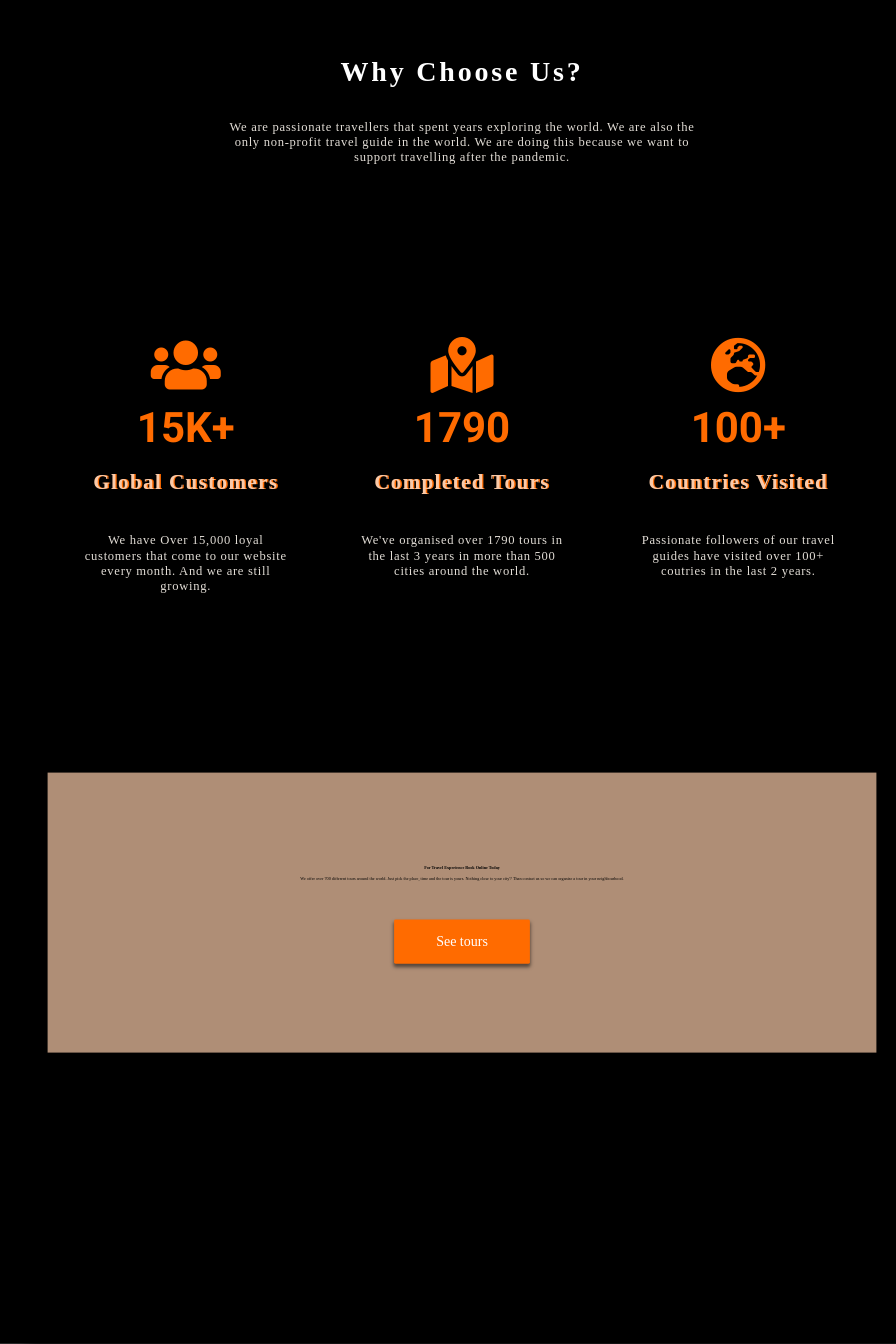
Repository: Hunga9k50doker/wildver-travel
Page: src/index.html
These files come from the project's save history. The page is drawn as it stood at one moment and after a run of saves; the edit follows.
The browser window is 1280 px wide. The pictures show the part of the page from y = 4554 to 6474 px (the page is 6474 px tall before and 6464 px after), at 70% of full size.
Some web fonts or font styles are not loaded; a fallback is used. The style sheet was rebuilt from its Sass, Less or Tailwind sources for each picture, by a compiler version that may differ from the author's.

Above is the page before, as saved 2021-08-27 21:35:41.

### src/index.html
<!DOCTYPE html>
<html lang="en">
<head>
    <meta charset="UTF-8">
    <meta http-equiv="X-UA-Compatible" content="IE=edge">
    <meta name="viewport" content="width=device-width, initial-scale=1.0">
    <link href="https://fonts.googleapis.com/css2?family=Hina+Mincho&family=Roboto:wght@400;700&display=swap" rel="stylesheet">
    <link rel="stylesheet" href="public/css/normalize.min.css">
    <link rel="stylesheet" href="public/css/grid.css">
    <link rel="stylesheet" href="public/css/base.css">
    <link rel="stylesheet" href="public/css/header.css">
    <link rel="stylesheet" href="public/css/container.css">
    <link rel="stylesheet" href="public/vendor/fontawesome-free-5.15.3-web/css/all.min.css">
    <title>Document</title>
</head>
<body>
    <div class="app">
        <section class="header">
            <section class="header_nav">
                <h1 class="header_nav-home">WildVers</h1>
                <div class="header_nav-body">
                    <a href="/" class="header_nav-body-item">Equipment</a>
                    <a href="/" class="header_nav-body-item">About us</a>
                    <a href="/" class="header_nav-body-item">Blog</a>
                    <button class="header_nav-body-res">Sign Up</button>
                </div>
            </section>
            <section class="header_contain">
                <div class="header_contain-follow">
                    <p>Follow us</p>
                   <a href="/">
                       <i class="fab fa-instagram"></i>
                   </a>
                   <a href="/">
                       <i class="fab fa-twitter-square"></i>
                   </a>
                </div>
                <div class="header_contain-content">
                    <h3 class="header_contain-content-title">A travel guide</h3>
                    <h2>Prepare For The</h2>
                    <h2> Adventure!</h2>
                    <button class="btn">Let's Go</button>
                </div>
            </section>
        </section>
        <section class="container">
            <section class="grid wide">
                <ul class="container_list">

                    <li class="container_list-item">
                        <section class="row ">
                            <section  class="col l-7">
                                <div class="container_list-item-number">01</div>
                                <div class="container_list-item-content">
                                        <h3>Get started</h3>
                                        <h4 class="container_list-item-content-title" >What type of traveller are you?</h4>
                                        <p>Determining what type of traveller you are can be an important tool
                                            when planning future vacations. This guide will help you plan
                                            vacations according to different ratings set by various websites. What
                                            type of traveller are you - novice, moderate, advanced moderate,
                                            expert, or expert backpacker?
                                        </p>
                                        <a href="/">
                                            Read more
                                            <i class="fas fa-long-arrow-alt-right"></i>
                                        </a>
                                </div>
                            </section>
                            <section class="col l-5">
                                <div class="container_list-item-img">
                                    <picture >
                                        <source srcset="public/img/m3.jpg"
                                                media="(min-width: 800px)">
                                        <img src="public/img/m1.jpg" alt="" />
                                    </picture>
                                </div>
                            </section>
                        </section>
                    </li>

                    <li class="container_list-item">
                        <section class="row ">
                            <section class="col l-5">
                                <div class="container_list-item-img">
                                    <picture >
                                        <source srcset="public/img/m4.jpg"
                                                media="(min-width: 800px)">
                                        <img src="public/img/m1.jpg" alt="" />
                                    </picture>
                                </div>
                            </section>
                            <section  class="col l-7">
                                <div class="container_list-item-number">02</div>
                                <div class="container_list-item-content">
                                        <h3>WHERE YOU GO IS THE KEY</h3>
                                        <h4 class="container_list-item-content-title">Picking the right Destination!</h4>
                                        <p>You've made the decision you want to travel more this year. You've
                                            realised experiences are more important than possessions and you've
                                            put together a plan to start saving for your next big trip.
                                            But how are you going to decide where to actually go? Whichever
                                            situation you're in, we have a tips to help you choose your travel
                                            destinations.
                                        </p>
                                        <a href="/">
                                            Read more
                                            <i class="fas fa-long-arrow-alt-right"></i>
                                        </a>
                                </div>
                            </section>
                        </section>
                    </li>

                    <li class="container_list-item">
                        <section class="row ">
                            <section  class="col l-7">
                                <div class="container_list-item-number">03</div>
                                <div class="container_list-item-content">
                                        <h3>KNOW THE COUNTRY</h3>
                                        <h4 class="container_list-item-content-title">Understand the Locals and their Traditions</h4>
                                        <p>Before you head out, do your research on the different customs (the
                                            do's and don'ts) of the country you're traveling to. For instance, what
                                            percentage do they typically tip? Are there different laws? Are there
                                            common tourist scanms? Will there be any cultural events while you're
                                            there? There are a lot of things you might not even think of, but it's
                                            simple enough to research "do's and don'ts" infographics on different
                                            countries for that information.
                                        </p>
                                        <a href="/">
                                            Read more
                                            <i class="fas fa-long-arrow-alt-right"></i>
                                        </a>
                                </div>
                            </section>
                            <section class="col l-5">
                                <div class="container_list-item-img">
                                    <picture >
                                        <source srcset="public/img/m5.jpg"
                                                media="(min-width: 800px)">
                                        <img src="public/img/m1.jpg" alt="" />
                                    </picture>
                                </div>
                            </section>
                        </section>
                    </li>

                    <li class="container_list-item">
                        <section class="row ">
                            <section  class="col l-6">
                                    <div class="container_list-item-content">
                                        <h4 class="container_list-item-content-title">Let's Explore The World</h4>
                                        <button class="btn btn-primary">Explore</button>
                                    </div>
                                </section>
                                <section class="col l-6">
                                        <p class="container_list-item-text">There's a whole wide world out there, and it contains so many
                                            unknowns - but we all only get one life. At WildVers, we believe that we
                                            should travel the world while we have the chance.
                                            If you're just starting to think about why you should travel, or you're
                                            looking for travel inspiration, then we're here to help. Here are some of
                                            the best countries you should definitely visit.
                                        </p>
                                </section>
                        </section>
                    </li>

                    <li class="container_list-item">
                        <section class="row ">
                                <section class="container_list-item-img container_list-item-img-slider">

                                       <picture class="container_list-item-img-slider-single">
                                           <source srcset="public/img/canada.jpg"
                                           media="(min-width: 800px)">
                                           <img src="public/img/m1.jpg" alt="" />
                                        </picture>

                                       <picture class="container_list-item-img-slider-single">
                                           <source srcset="public/img/china.jpg"
                                           media="(min-width: 800px)">
                                           <img src="public/img/m1.jpg" alt="" />
                                        </picture>

                                       <picture class="container_list-item-img-slider-single active">
                                           <source srcset="public/img/greece.jpg"
                                           media="(min-width: 800px)">
                                           <img src="public/img/m1.jpg" alt="" />
                                        </picture>

                                       <picture class="container_list-item-img-slider-single">
                                           <source srcset="public/img/italy.jpg"
                                           media="(min-width: 800px)">
                                           <img src="public/img/m1.jpg" alt="" />
                                        </picture>

                                       <picture class="container_list-item-img-slider-single">
                                           <source srcset="public/img/hanquoc.jpg"
                                           media="(min-width: 800px)">
                                           <img src="public/img/m1.jpg" alt="" />
                                        </picture>

                                        <picture class="container_list-item-img-slider-single">
                                            <source srcset="public/img/norway.jpg"
                                            media="(min-width: 800px)">
                                            <img src="public/img/m1.jpg" alt="" />
                                         </picture>

                                        <picture class="container_list-item-img-slider-single">
                                            <source srcset="public/img/soufthafica.jpg"
                                            media="(min-width: 800px)">
                                            <img src="public/img/m1.jpg" alt="" />
                                         </picture>

                                        <picture class="container_list-item-img-slider-single">
                                            <source srcset="public/img/thailand.jpg"
                                            media="(min-width: 800px)">
                                            <img src="public/img/m1.jpg" alt="" />
                                         </picture>

                            </section>
                        </section>
                    </li>

                    <li class="container_list-item">
                        <section class="row">
                            <section class="col l-12">
                                <div class="container_list-item-content container_list-item-content-reason">
                                    <h4 style="margin:0;max-width: 100%;" class="container_list-item-content-title">
                                        Why Choose Us?
                                    </h4>
                                    <p>
                                        We are passionate travellers that spent years exploring the world. We are also the only
                                        non-profit travel guide in the world. We are doing this because we want to support travelling
                                        after the pandemic.
                                    </p>
                                </div>
                            </section>

                        </section>
                    </li>

                    <li class="container_list-item">
                        <div class="row">
                          <div class="col l-4">
                              <div class="container_list-item-achievements">
                                  <i class="fas fa-users"></i>
                                  <h3>15K+</h3>
                                  <h4>Global Customers</h4>
                                  <p>We have Over 15,000 loyal customers
                                        that come to our website every month.
                                        And we are still growing.
                                  </p>
                              </div>
                          </div>
                          <div class="col l-4">
                            <div class="container_list-item-achievements">
                                <i class="fas fa-map-marked-alt"></i>
                                <h3>1790</h3>
                                <h4>Completed Tours</h4>
                                <p>We've organised over 1790 tours in the
                                    last 3 years in more than 500 cities
                                    around the world.
                                </p>
                            </div>
                        </div>
                        <div class="col l-4">
                            <div class="container_list-item-achievements">
                                <i class="fas fa-globe-europe"></i>
                                <h3>100+</h3>
                                <h4>Countries Visited</h4>
                                <p>Passionate followers of our travel guides
                                    have visited over 100+ coutries in the
                                    last 2 years.
                                </p>
                            </div>
                        </div>

                        </div>
                    </li>
                    <li class="container_list-item">
                        <div class="row">
                            <div class="col l-12">

                            </div>
                            <div class="container_list-item-visit-tours">
                                <h4>For Travel Experience Book Online Today
                                </h4>
                                <p>We offer over 700 different tours around the world. Just pick the place, time and
                                    the tour is yours. Nothing close to your city'? Than contact us so we can organise a
                                    tour in your neighbourhood.
                                </p>
                                <button class="btn btn-primary">See tours</button>
                            </div>
                        </div>
                    </li>
                    <li class="container_list-item">
                        <div class="row"></div>
                    </li>
                </ul>
            </section>
        </section>
    </div>
</body>
</html>

### src/public/css/normalize.min.css
html{line-height:1.15;-webkit-text-size-adjust:100%}body{margin:0}main{display:block}h1{font-size:2em;margin:.67em 0}hr{box-sizing:content-box;height:0;overflow:visible}pre{font-family:monospace,monospace;font-size:1em}a{background-color:transparent}abbr[title]{border-bottom:none;text-decoration:underline;text-decoration:underline dotted}b,strong{font-weight:bolder}code,kbd,samp{font-family:monospace,monospace;font-size:1em}small{font-size:80%}sub,sup{font-size:75%;line-height:0;position:relative;vertical-align:baseline}sub{bottom:-.25em}sup{top:-.5em}img{border-style:none}button,input,optgroup,select,textarea{font-family:inherit;font-size:100%;line-height:1.15;margin:0}button,input{overflow:visible}button,select{text-transform:none}[type=button],[type=reset],[type=submit],button{-webkit-appearance:button}[type=button]::-moz-focus-inner,[type=reset]::-moz-focus-inner,[type=submit]::-moz-focus-inner,button::-moz-focus-inner{border-style:none;padding:0}[type=button]:-moz-focusring,[type=reset]:-moz-focusring,[type=submit]:-moz-focusring,button:-moz-focusring{outline:1px dotted ButtonText}fieldset{padding:.35em .75em .625em}legend{box-sizing:border-box;color:inherit;display:table;max-width:100%;padding:0;white-space:normal}progress{vertical-align:baseline}textarea{overflow:auto}[type=checkbox],[type=radio]{box-sizing:border-box;padding:0}[type=number]::-webkit-inner-spin-button,[type=number]::-webkit-outer-spin-button{height:auto}[type=search]{-webkit-appearance:textfield;outline-offset:-2px}[type=search]::-webkit-search-decoration{-webkit-appearance:none}::-webkit-file-upload-button{-webkit-appearance:button;font:inherit}details{display:block}summary{display:list-item}template{display:none}[hidden]{display:none}
/*# sourceMappingURL=normalize.min.css.map */

### src/resources/scss/base.scss
@import "variables";

*{
    font-size: 62.5%;
    box-sizing: inherit;
}
html{
    margin: 0;
    padding: 0;
    line-height: 1.6rem;
    box-sizing: border-box;
    font-family: 'Roboto', sans-serif;
}
h1,h2,h4,p{
    font-family: 'Hina Mincho', serif;
}

a{
    color: $white-color;
    text-decoration: none;
}

source,img{
    background-size: cover;
    width: 100%;
    height: 52rem;
}

.btn{
    padding:2rem 6rem;
    font-family: 'Besley', serif;
    font-weight: 500;
    font-size: 2rem;
    background: $orange-color;
    color:$white-color;
    border: none;
    border-radius: 2px;
    box-shadow: 0 4px 5px 1px rgba(0,0,0,0.5);
    cursor: pointer;
    transform:translateY(0) scale(1);
    transition: transform 0.3s;
    &:hover{
         box-shadow: 0 0  1px rgba(255,255,255,0.5);
         transform:translateY(4px) scale(0.9);
         transition: transform 0.3s;
    }
 }

 .btn-primary{
     margin-top: 5rem;
 }

### src/resources/scss/_variables.scss
$orange-color: #ff6b00;
$white-color: #fff;
$text-color: #e2ddd6;
$waxen-color: #f9caa9;
$black-color: #030101;

Loaded but not shown: src/public/vendor/fontawesome-free-5.15.3-web/css/all.min.css (library); src/public/css/grid.css (594 lines, source omitted); src/resources/scss/container.scss (217 lines, source omitted); src/resources/scss/header.scss (154 lines, source omitted)

After the next 6 saves:
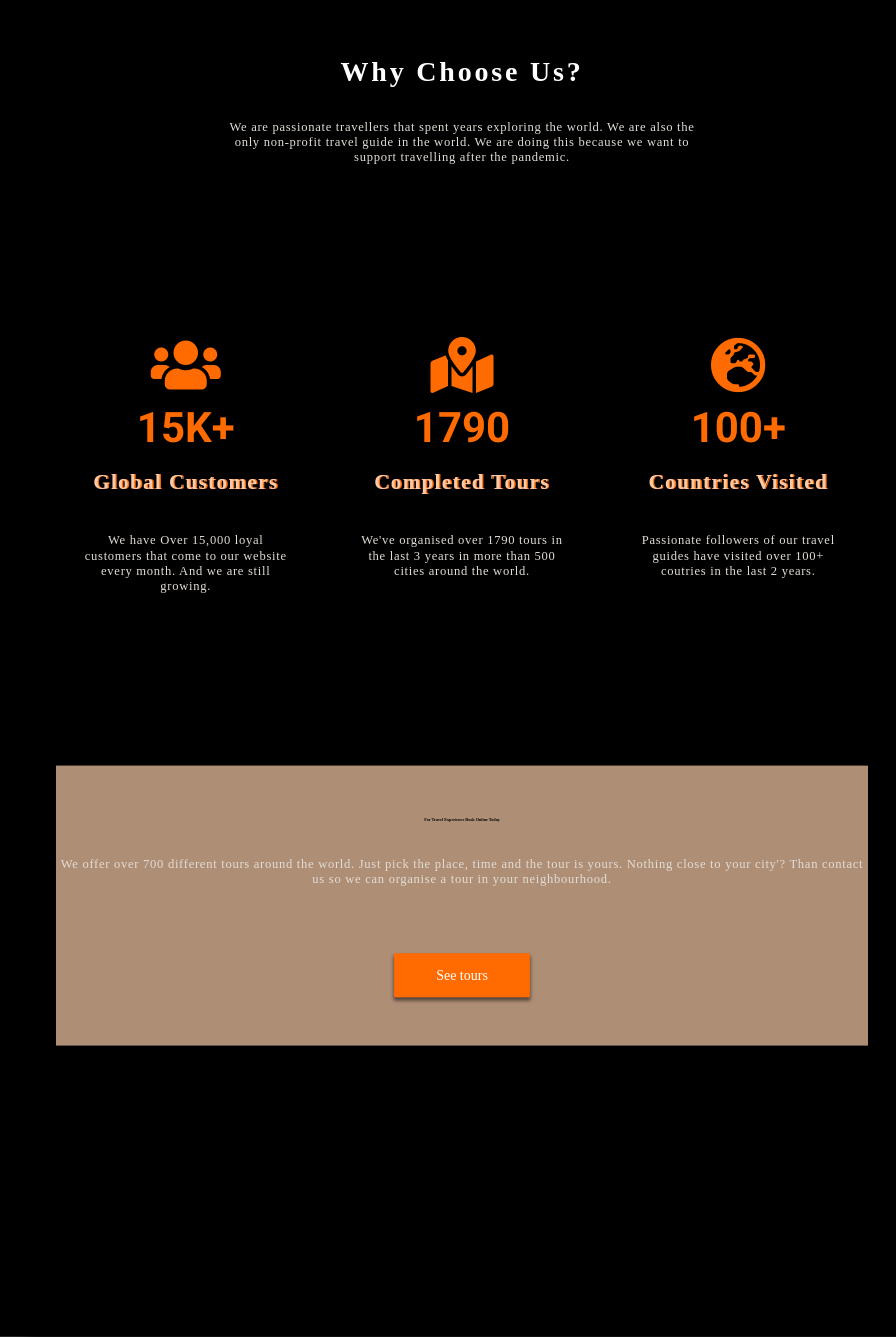
The 6 saves are shown as one change because they came seconds apart.
The last was saved 30 s later.
--- a/src/index.html
+++ b/src/index.html
@@ -277,17 +277,16 @@
                     </li>
                     <li class="container_list-item">
                         <div class="row">
-                            <div class="col l-12">
-
-                            </div>
-                            <div class="container_list-item-visit-tours">
-                                <h4>For Travel Experience Book Online Today
-                                </h4>
-                                <p>We offer over 700 different tours around the world. Just pick the place, time and
-                                    the tour is yours. Nothing close to your city'? Than contact us so we can organise a
-                                    tour in your neighbourhood.
-                                </p>
-                                <button class="btn btn-primary">See tours</button>
+                            <div class="col l-12 m-12 c-12">
+                                <div class="container_list-item-visit-tours">
+                                    <h4>For Travel Experience Book Online Today
+                                    </h4>
+                                    <p>We offer over 700 different tours around the world. Just pick the place, time and
+                                        the tour is yours. Nothing close to your city'? Than contact us so we can organise a
+                                        tour in your neighbourhood.
+                                    </p>
+                                    <button class="btn btn-primary">See tours</button>
+                                </div>
                             </div>
                         </div>
                     </li>
